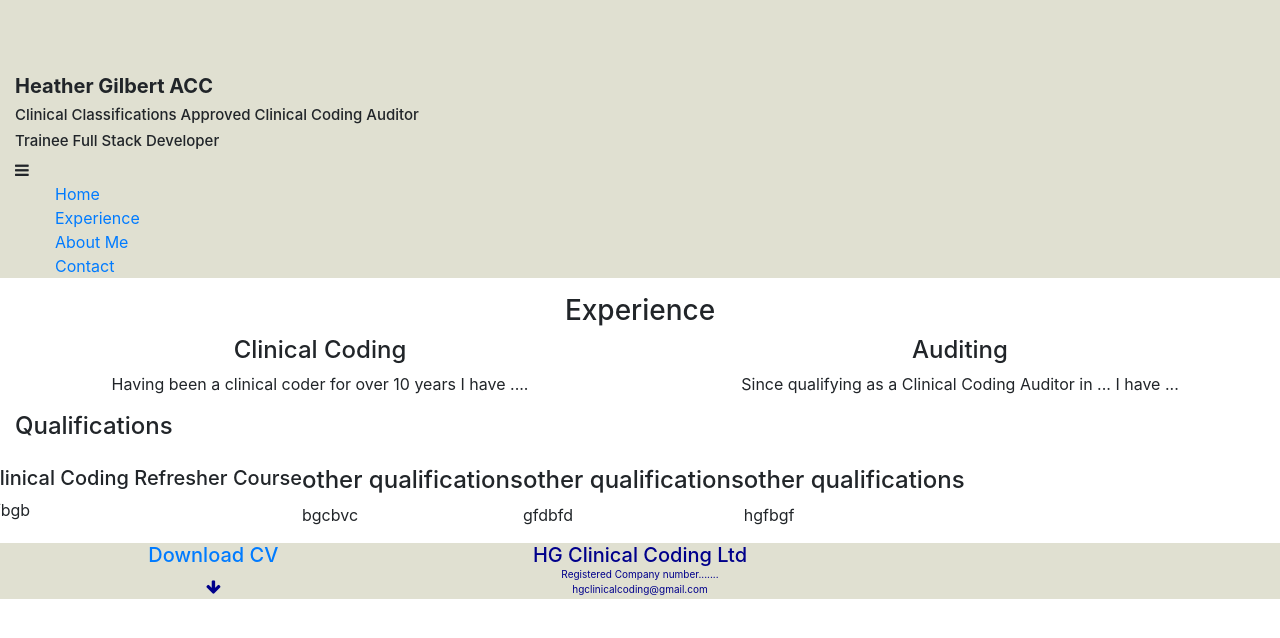
Repository: Code-Institute-Submissions/fsd-ms-project1-resume
Page: resume.html
The author's editor kept a record of every edit. The page is drawn from the files as they stood at one moment, then again after the next edit.
The browser window is 1280 px wide. The pictures show the whole page.

Above is the page before.

After the next edit:
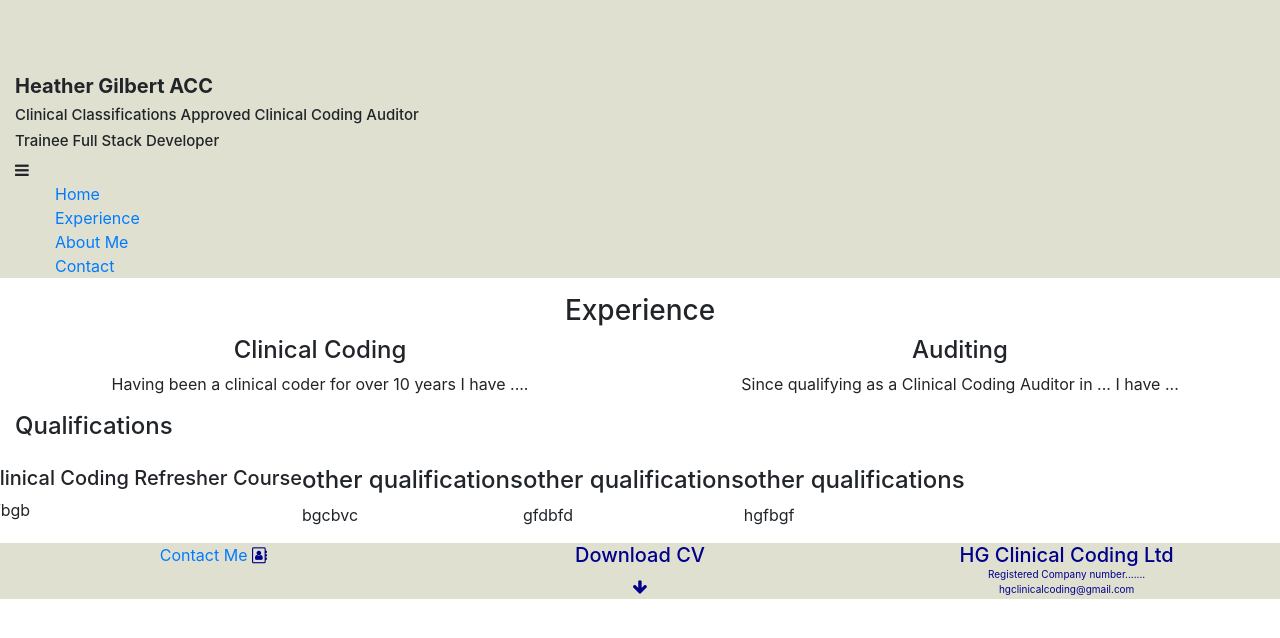
The edit:
--- a/resume.html
+++ b/resume.html
@@ -89,8 +89,8 @@
 <footer class="container-fluid">
     <div class="row">
         <div class="col-sm-4 contact">
-            <a href="contact.html>Contact Me /a>
-            <i class=" fa fa-address-book-o " aria-hidden="true /></i>
+            <a href="contact.html">Contact Me </a>
+            <i class="fa fa-address-book-o" aria-hidden="true" /></i>
         </div>
         <div class="col-sm-4 ">
             <h5>Download CV</h5>
